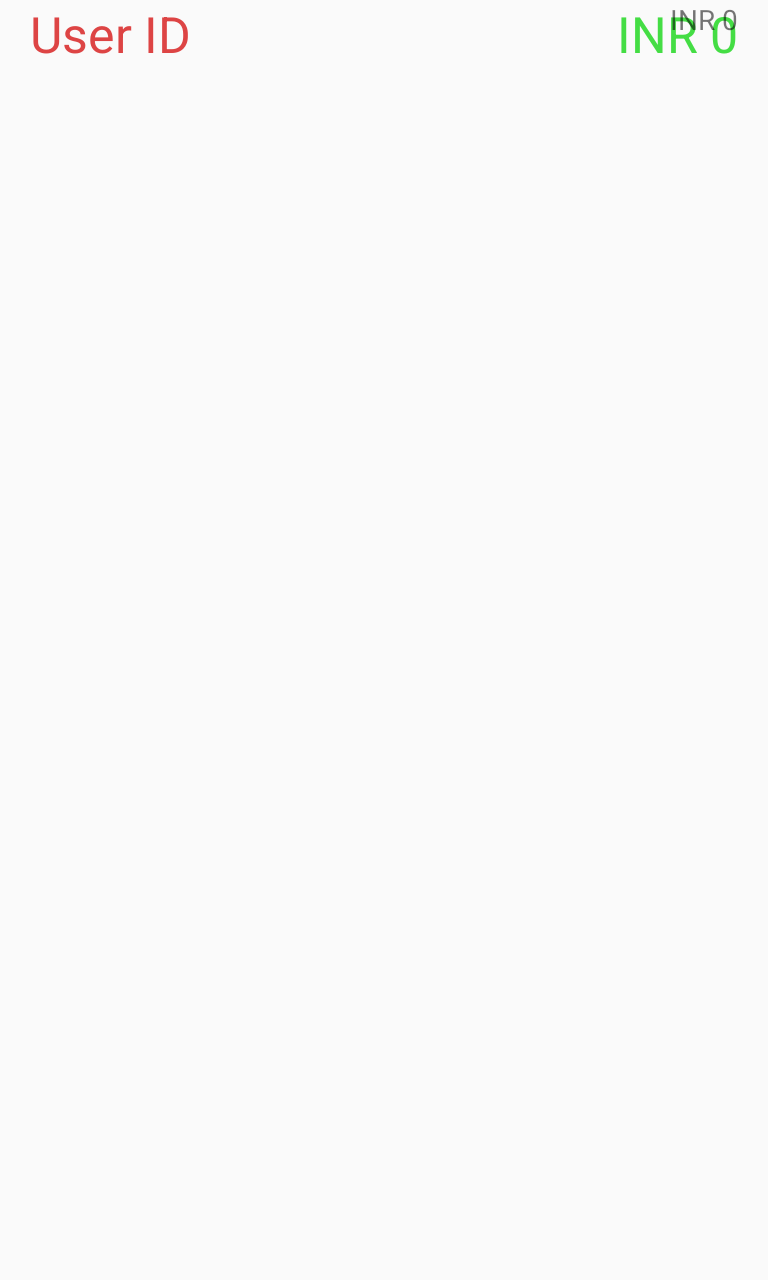
Repository: pankajksharma/chutta-pay
Layout: ChuttaPay/res/layout/transaction_list.xml
These files come from the project's save history. The layout is drawn as it stood at one moment and after the next save; the edit follows.
It is drawn on a 768 x 1280 px phone screen (xhdpi) without system bars, with theme AppTheme; the app's code is not run.

Above is the layout before, as saved 2014-04-26 17:35:42.

After the next save:
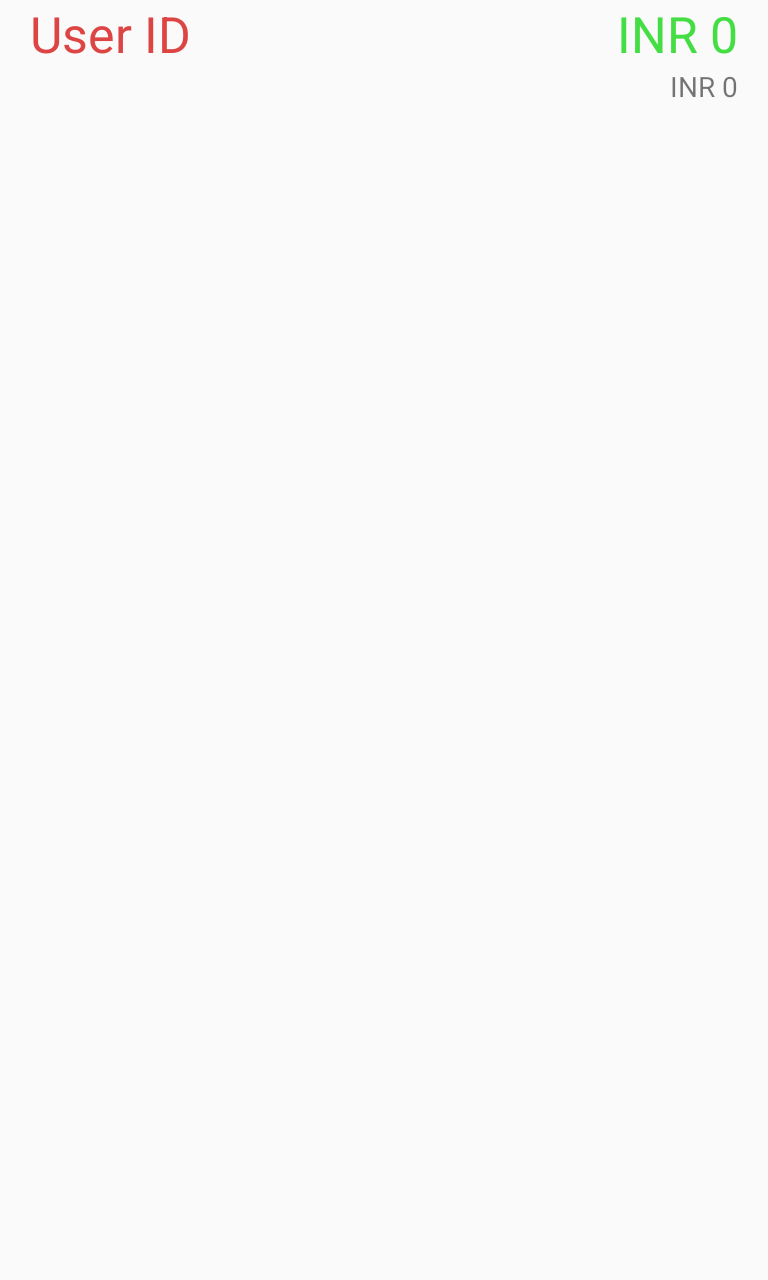
Saved 6 s later.
--- a/ChuttaPay/res/layout/transaction_list.xml
+++ b/ChuttaPay/res/layout/transaction_list.xml
@@ -31,6 +31,6 @@
         android:layout_height="wrap_content"
         android:layout_alignParentRight="true"
         android:layout_marginRight="15dp"
-        android:layout_below="@+id/"
+        android:layout_below="@+id/txt_amount"
         android:text="INR 0" />
   </RelativeLayout>
